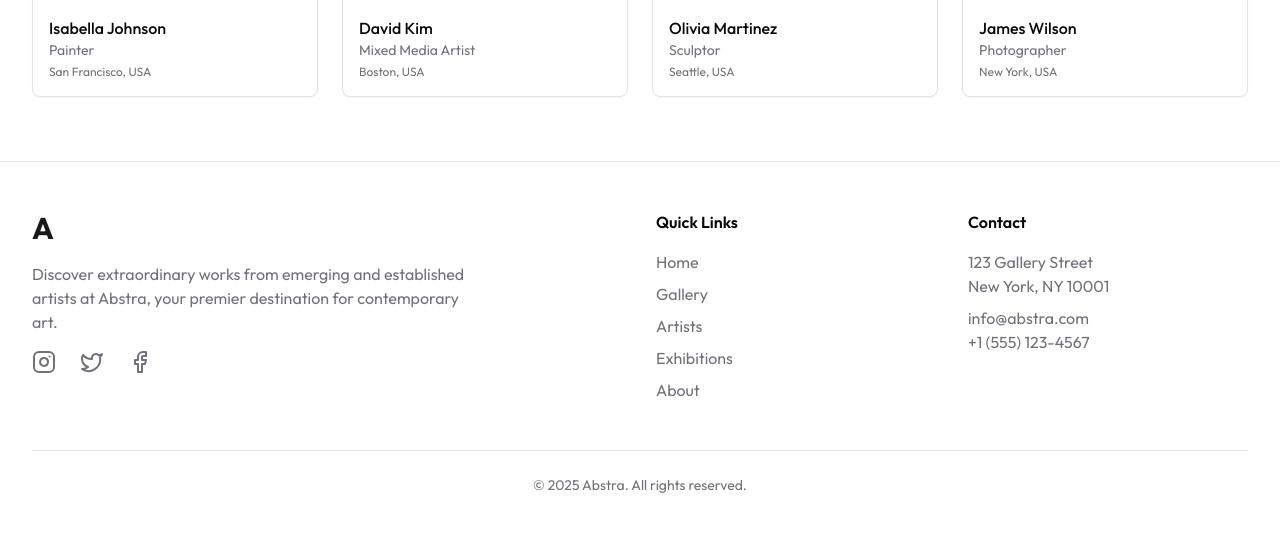
Repository: flow-ctrl369/gallery-cloneX
Page: /artists
These files come from the project's save history. The page is drawn as it stood at one moment and after the next save; the edit follows.
The browser window is 1280 px wide. The pictures show the part of the page from y = 1176 to 1719 px (the page is 1719 px tall).
The project was rebuilt for these pictures with package versions that can differ from the ones it lists, and the page was loaded fresh each time. The framework's server and built-in components were replaced by stand-ins that run in the browser. Also part of the build but not shown: next.config.mjs.

Above is the page before, as saved 2025-06-02 12:29:01.

After the next save:
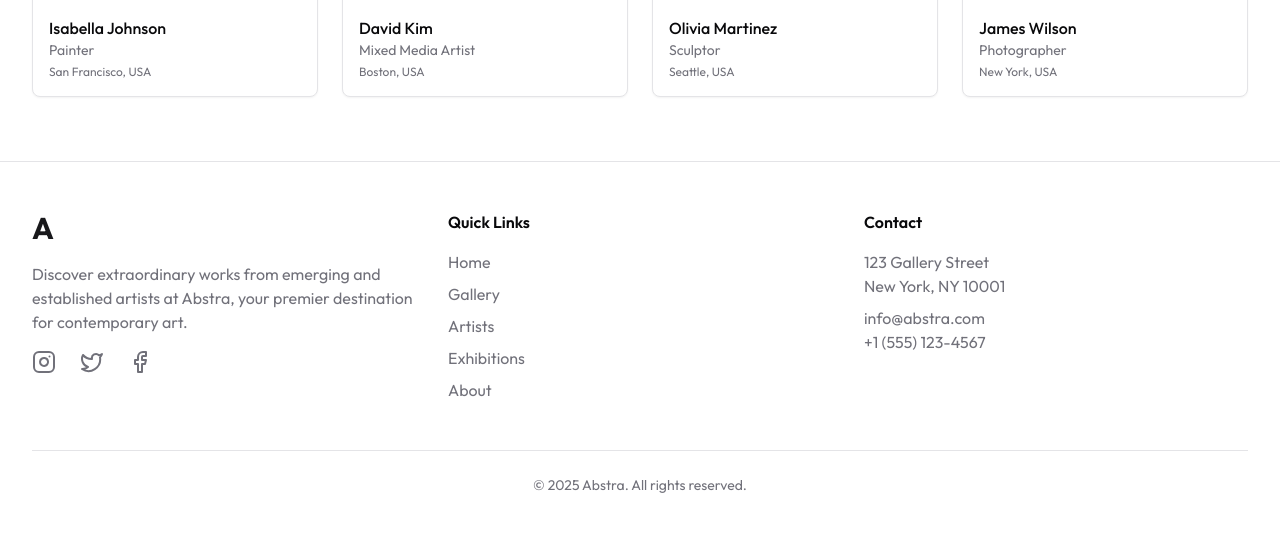
Saved 15 s later.
--- a/components/footer.tsx
+++ b/components/footer.tsx
@@ -6,8 +6,8 @@ export default function Footer() {
   return (
     <footer className="border-t">
       <div className="container py-12">
-        <div className="grid grid-cols-1 md:grid-cols-4 gap-8">
-          <div className="md:col-span-2">
+        <div className="grid grid-cols-1 md:grid-cols-3 gap-8">
+          <div className="">
             <Logo variant="minimal" className="mb-4" />
             <p className="text-muted-foreground mb-4 max-w-md">
               Discover extraordinary works from emerging and established artists at Abstra, your premier destination for contemporary art.
